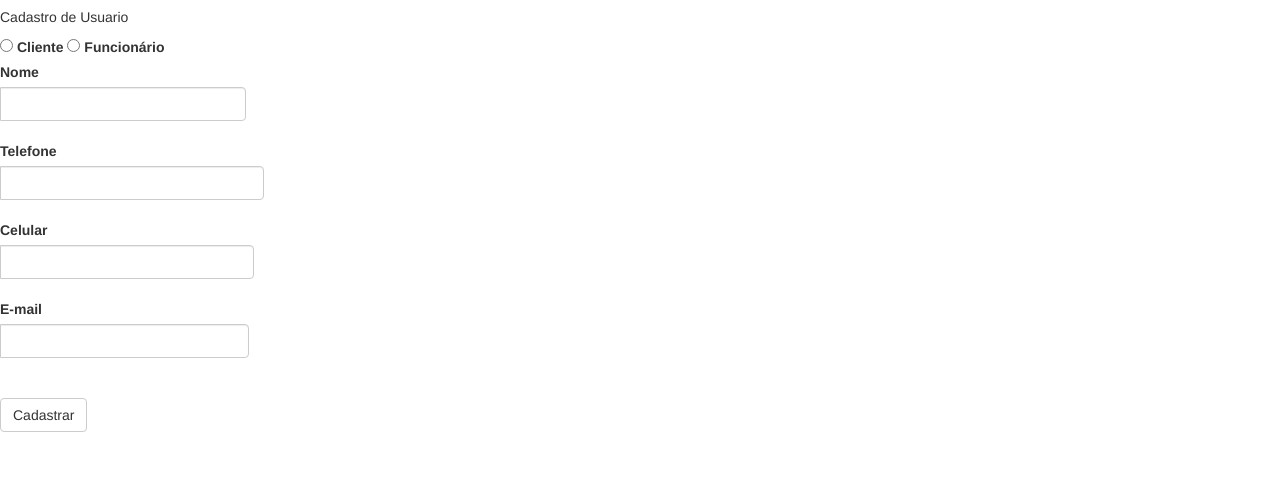
Repository: cadupedrassani/CursoDeJava
Page: Avaliação/BaseAPI/WebApp/src/main/webapp/usuario/cadastro.html
The author's editor kept a copy of each file at every save. The page is drawn from the files as they stood at one save, then again after the next save.
The browser window is 1280 px wide. The pictures show the whole page.
The page's requests for data from a server got no answer.

Above is the page before, as saved 2016-12-07 18:00:11.

After the next save:
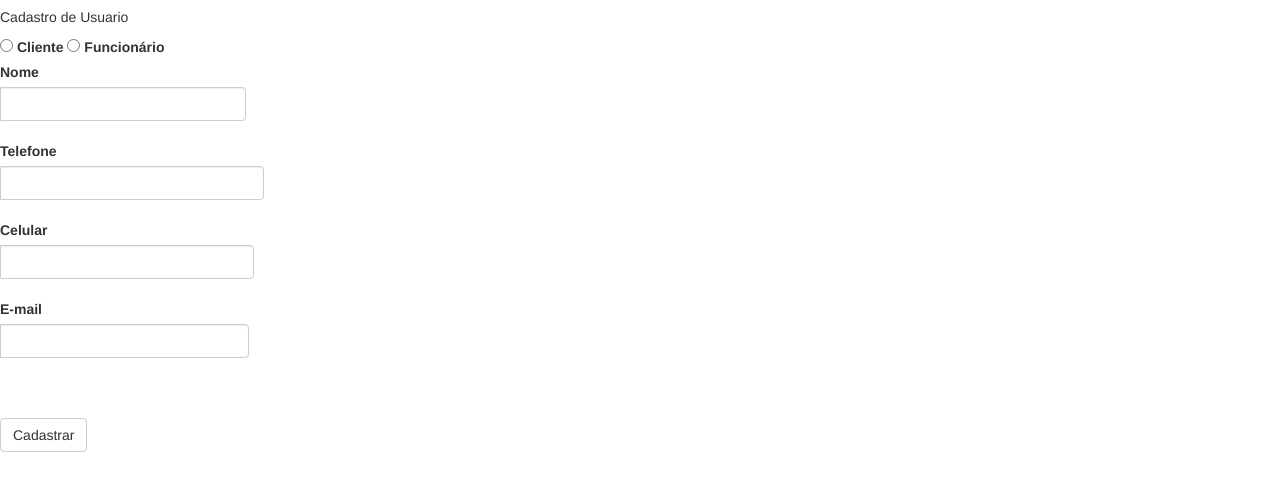
Saved 28 min 23 s later.
--- a/Avaliação/BaseAPI/WebApp/src/main/webapp/usuario/cadastro.html
+++ b/Avaliação/BaseAPI/WebApp/src/main/webapp/usuario/cadastro.html
@@ -60,6 +60,14 @@
 </div>
 </br>
 
+<div class="input-group" style="display:none">
+	<label>Salario</label>
+	<input id="salario-usuario"
+	       type="text"
+	       class="form-control"></input>
+</div>
+</br>
+
 <div class="input-group">
 	<button id="cadastrar"
 	        type="button"
